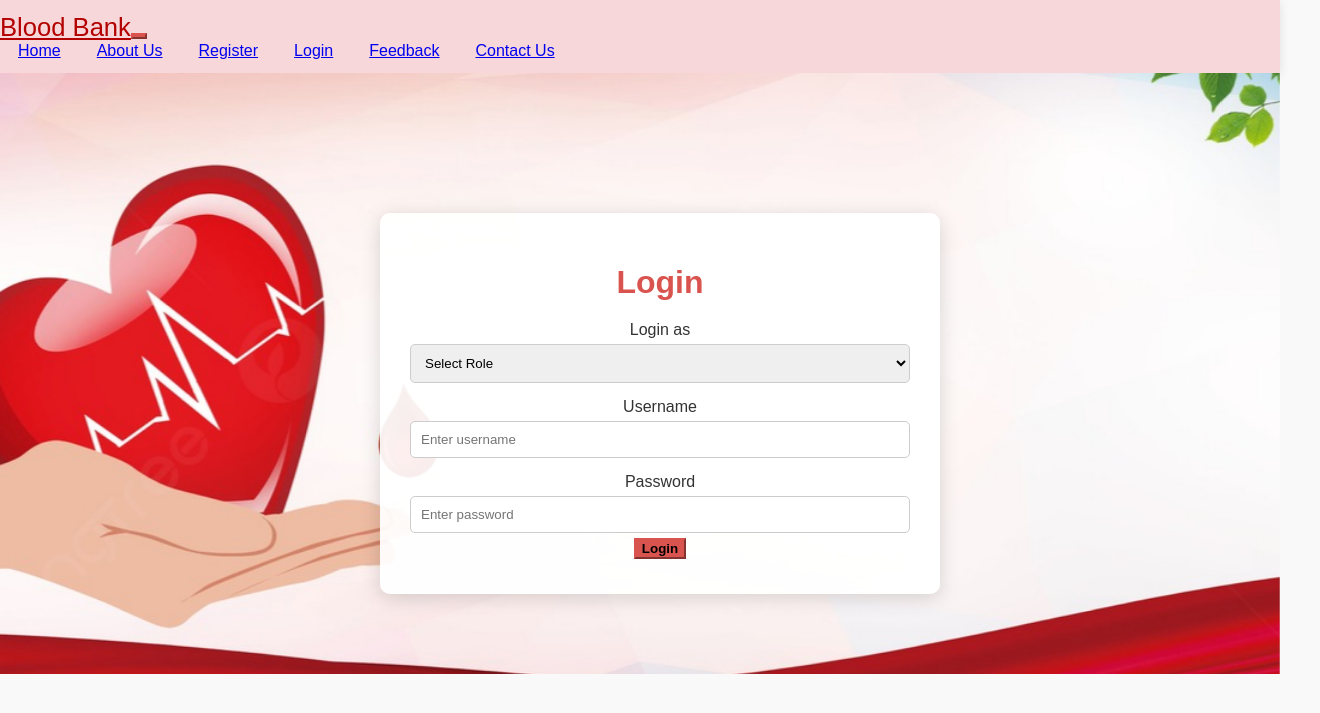
Repository: krismehta02/MINI-PROJECT-MAY
Page: /login (app in blood-donation-frontend/)
These files come from the project's save history. The page is drawn as it stood at one moment and after the next save; the edit follows.
The browser window is 1280 px wide. The page is 1320 px wide, so the pictures cover 1320 px, including what lies to the right of the window. The pictures show the whole page.
The project was rebuilt for these pictures with package versions that can differ from the ones it lists, and the page was loaded fresh each time. Also part of the build but not shown: blood-donation-frontend/vite.config.js, blood-donation-frontend/src/pages/Home.jsx, blood-donation-frontend/src/pages/AboutUs.jsx, blood-donation-frontend/src/pages/Register.jsx, blood-donation-frontend/src/pages/Feedback.jsx, blood-donation-frontend/src/pages/ContactUs.jsx, blood-donation-frontend/src/pages/PatientDashboard.jsx, blood-donation-frontend/src/pages/DonorDashboard.jsx.

Above is the page before, as saved 2025-05-12 08:57:34.

After the next save:
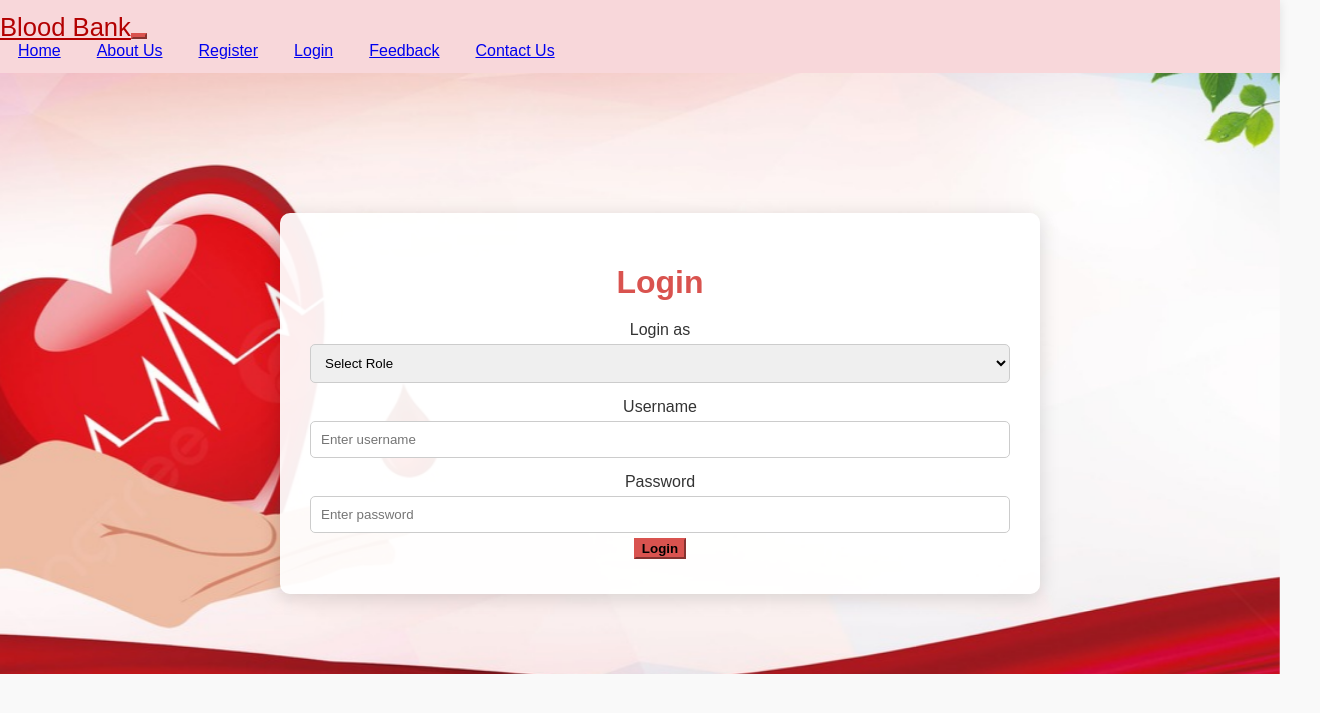
Saved 15 s later.
--- a/blood-donation-frontend/src/pages/Login.jsx
+++ b/blood-donation-frontend/src/pages/Login.jsx
@@ -82,7 +82,7 @@ function Login() {
       padding: '30px',
       borderRadius: '10px',
       boxShadow: '0 4px 20px rgba(0, 0, 0, 0.15)',
-      maxWidth: '500px',
+      maxWidth: '700px',
       width: '100%'
     }}>
       <h1>Login</h1>
